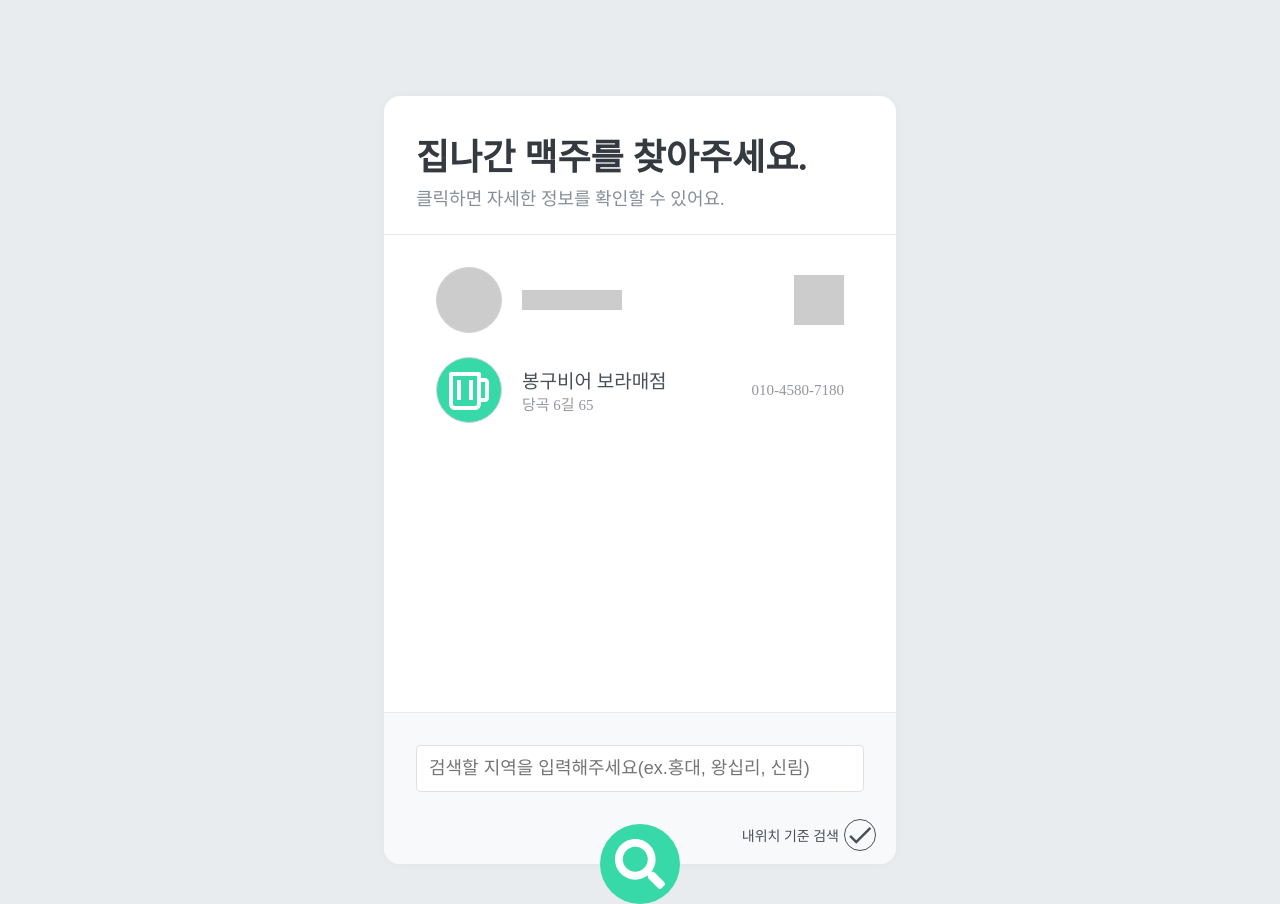
Repository: THE-SOPT-WEB/kimNamjun
Page: / (app in week4/bring-my-beer/)
These files come from the project's save history. The page is drawn as it stood at one moment and after the next save; the edit follows.
The browser window is 1280 px wide. The pictures show the whole page.
The project was rebuilt for these pictures with package versions that can differ from the ones it lists, and the page was loaded fresh each time.

Above is the page before, as saved 2022-05-13 03:24:01.

After the next save:
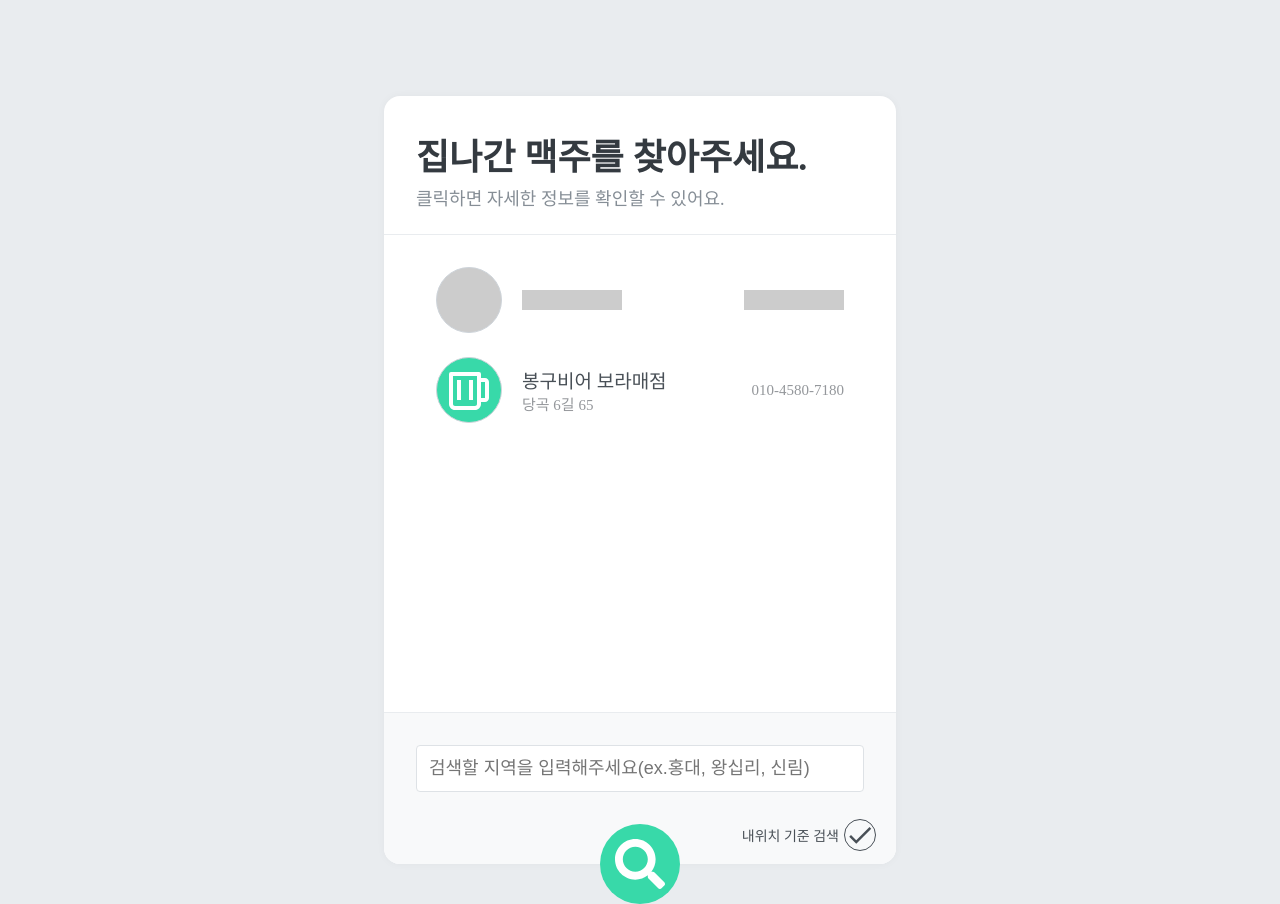
Saved 6 s later.
--- a/week4/bring-my-beer/src/components/SkeletonItem.jsx
+++ b/week4/bring-my-beer/src/components/SkeletonItem.jsx
@@ -36,8 +36,8 @@ const Adress = styled.div`
 `
 
 const  Contact = styled.div`
-  width: 50px;
-  height:50px;
+  width: 100px;
+  height:20px;
   background-color: #ccc;
 `
 
